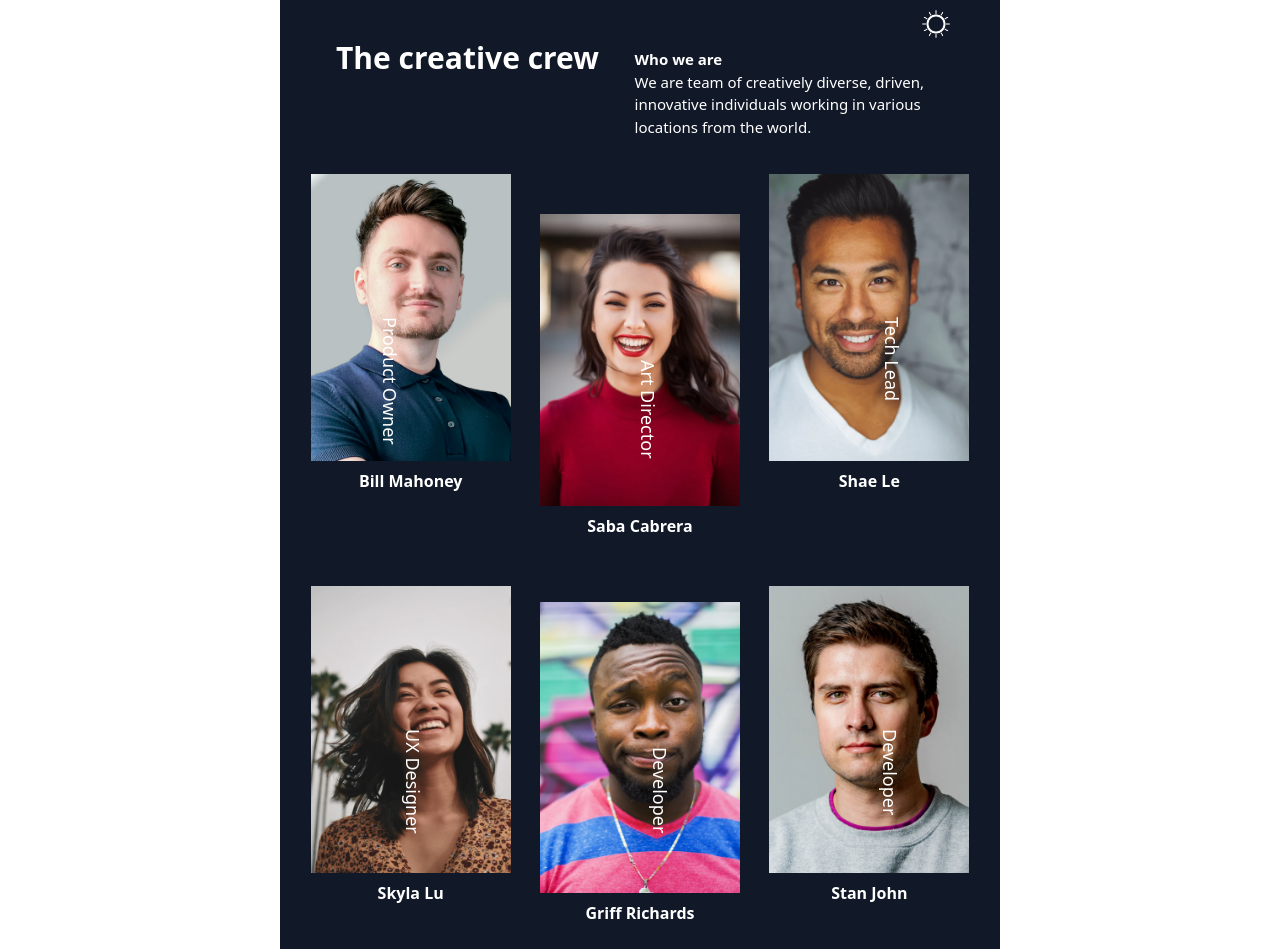
Repository: Alzate1075/Funval-G3-N2
Page: /
An editor plug-in stored every save of this project. The page is shown before and after the next save, followed by the edit.
The browser window is 1280 px wide. The pictures show the whole page.
The project was rebuilt for these pictures with package versions that can differ from the ones it lists, and the page was loaded fresh each time. Also part of the build but not shown: vite.config.js.

Above is the page before, as saved 2025-07-02 23:56:29.

### index.html
<!DOCTYPE html>
<html lang="en">
  <head>
    <meta charset="UTF-8" />
    <link rel="icon" type="image/svg+xml" href="/vite.svg" />
    <meta name="viewport" content="width=device-width, initial-scale=1.0" />
    <link rel="stylesheet" href="./src/index.css" />
    <title>Vite + React</title>
  </head>
  <body>
    <div id="root"></div>
    <script type="module" src="/src/main.jsx"></script>
  </body>
</html>

### src/App.jsx
import React from "react";
import { TeamCard } from "./components/TeamCard";
import miArray from "./components/ArrayTeams";

function App() {
  return (
    <div className="md:bg-[#111827] p-2 md:mx-70">
      <div className="flex justify-end mr-10">
        <img src="/images/sol.png" alt="sol" className="w-8 hidden md:block" />
      </div>
      <div className="flex justify-end">
        <img src="/images/luna.png" alt="luna" className="w-8 md:hidden" />
      </div>
      <div className="md:text-white text-black text-center md:flex md:justify-between md:mx-12">
        <h1 className="text-3xl font-bold">The creative crew</h1>
        <p className="text-[15px] mt-2 max-w-md md:text-md text-wrap text-left m-5">
          <b>Who we are</b>
          <br />
          We are team of creatively diverse, driven, <br /> innovative
          individuals working in various <br /> locations from the world.
        </p>
      </div>

      <div className="md:bg-[#111827] grid grid-cols-2 md:grid-cols-3 gap-x-4 gap-y-6 p-4">
        {miArray.map((persona, index) => (
          <TeamCard
            key={index}
            name={persona.name}
            role={persona.role}
            image={persona.image}
            extraClass={`${index % 2 === 1 ? "mt-6" : ""} ${
              index % 3 === 1 ? "md:mt-10" : ""
            }`}
          />
        ))}
      </div>
    </div>
  );
}

export default App;

### src/components/TeamCard.jsx
import React from "react";
export function TeamCard(props) {
  return (
    <div className={`${props.extraClass}`}>
      <div className="text-black md:text-white md:flex md:items-center md:justify-center gap-2 relative">
        <img src={props.image} alt={props.name} className="md:w-[200px] w-20" />
        <span className="absolute right-0 top-1/2 -translate-y-1/2 rotate-90 origin-left text-[10px] md:text-lg">
          {props.role}
        </span>
      </div>
      <div className="md:text-white text-center mt-2">
        <h3 className="font-semibold">{props.name}</h3>
      </div>
    </div>
  );
}

### src/components/ArrayTeams.jsx
import React from "react";
const miArray = [
  {
    name: "Bill Mahoney",
    role: "Product Owner",
    image: "/images/photo1.png",
  },
  {
    name: "Saba Cabrera",
    role: "Art Director",
    image: "/images/photo2.png",
  },
  {
    name: "Shae Le",
    role: "Tech Lead",
    image: "/images/photo3.png",
  },
  {
    name: "Skyla Lu",
    role: "UX Designer",
    image: "/images/photo4.png",
  },
  {
    name: "Griff Richards",
    role: "Developer",
    image: "/images/photo5.png",
  },
  {
    name: "Stan John",
    role: "Developer",
    image: "/images/photo6.png",
  },
];

export default miArray;

Loaded but not shown: src/index.css (common file); src/main.jsx (common file)

After the next save:
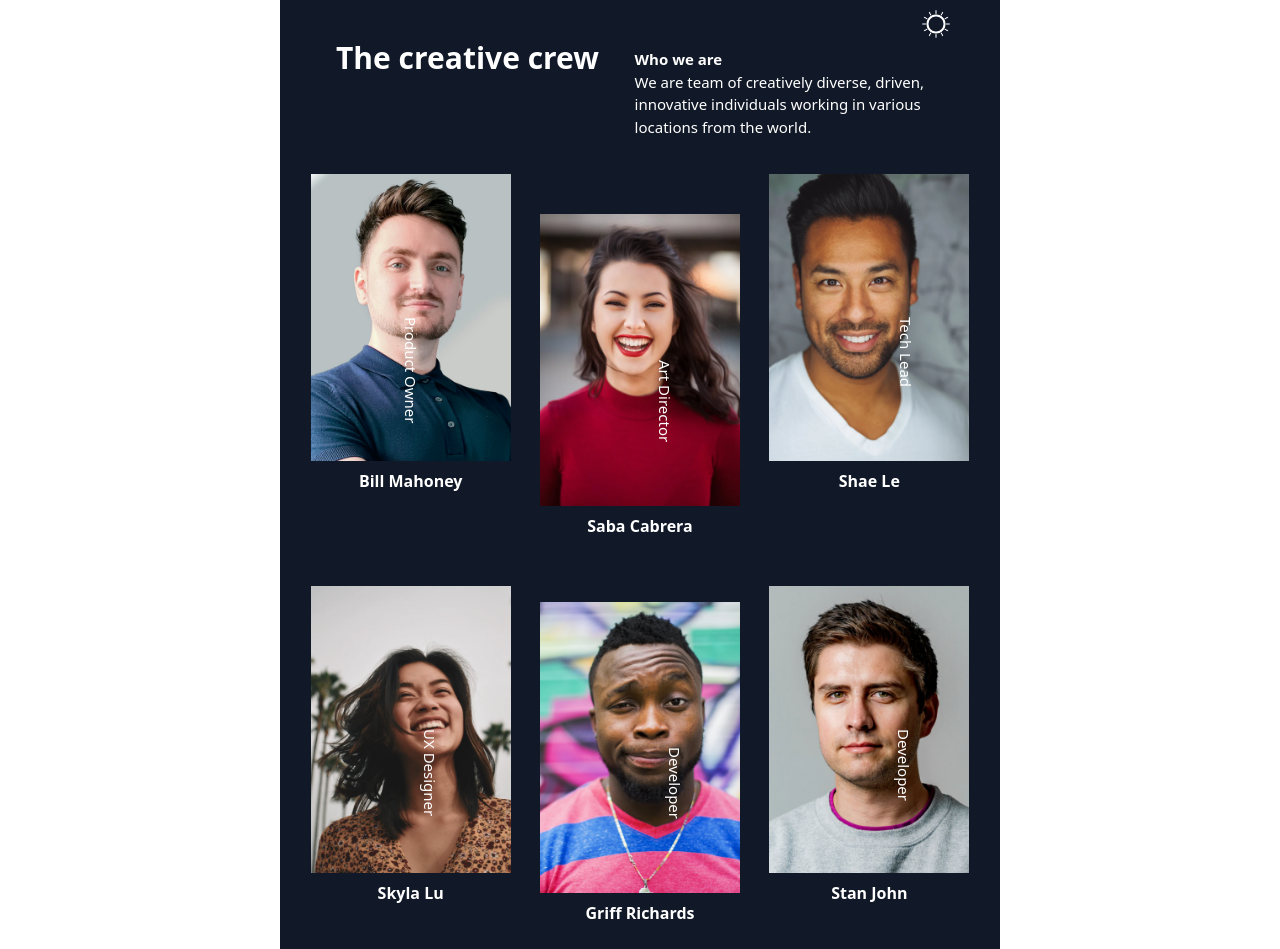
Saved 15 s later.
--- a/src/components/TeamCard.jsx
+++ b/src/components/TeamCard.jsx
@@ -4,7 +4,7 @@ export function TeamCard(props) {
     <div className={`${props.extraClass}`}>
       <div className="text-black md:text-white md:flex md:items-center md:justify-center gap-2 relative">
         <img src={props.image} alt={props.name} className="md:w-[200px] w-20" />
-        <span className="absolute right-0 top-1/2 -translate-y-1/2 rotate-90 origin-left text-[10px] md:text-lg">
+        <span className="absolute right-0 top-1/2 -translate-y-1/2 rotate-90 origin-left text-[10px] md:text-[15px]">
           {props.role}
         </span>
       </div>
